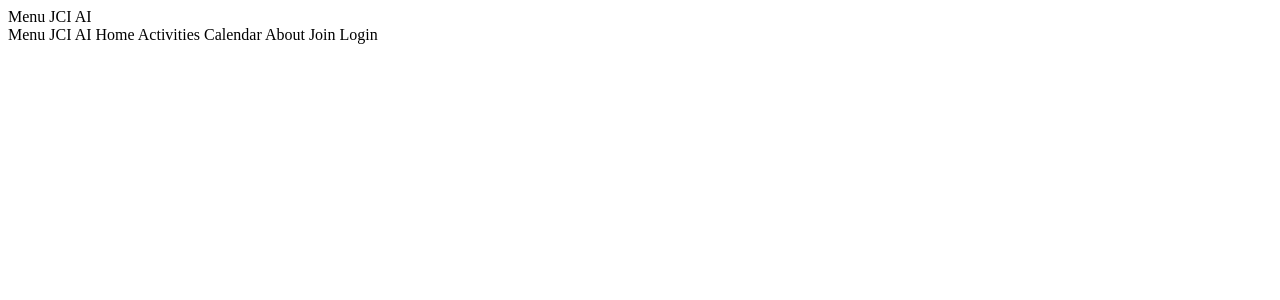
Repository: 0rangeSeaW0lf/jciai
Page: src/components/navbar/navbar.html
The author's editor kept a record of every edit. The page is drawn from the files as they stood at one moment, then again after the next edit.
The browser window is 1280 px wide. The pictures show the whole page.

Above is the page before.

After the next edit:
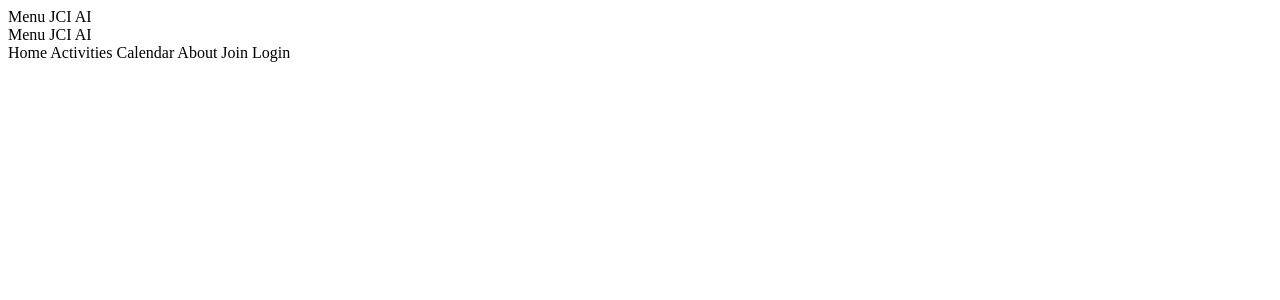
The edit:
--- a/src/components/navbar/navbar.html
+++ b/src/components/navbar/navbar.html
@@ -31,6 +31,7 @@
   <md-toolbar class="md-theme-indigo navbar" layout="row">
     <md-button ng-click="close()">Menu</md-button>
     <md-button class="md-toolbar-tools">JCI AI</md-button>
+    <div flex></div>
   </md-toolbar>
   <md-content ng-controller="RightCtrl" class="md-padding" layout="column">
     <md-button>Home</md-button>
